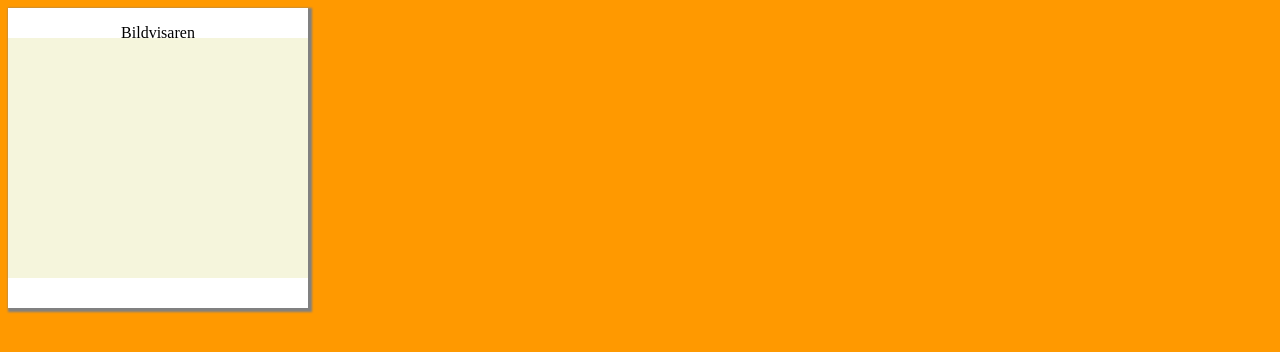
Repository: mi222ep/1dv403-laborationer
Page: 5-projektet/index.html
The author's editor kept a record of every edit. The page is drawn from the files as they stood at one moment, then again after the next edit.
The browser window is 1280 px wide. The pictures show the whole page.
The page's requests for data from a server got no answer.

Above is the page before.

### 5-projektet/index.html
<!DOCTYPE html>
<html lang="sv">
<head>
	<meta charset="UTF-8" />
 	<title>Labb 5</title>
 	<link rel="stylesheet" href="css/style.css" type="text/css" />
    <script type="text/javascript" src="script/myWindow.js"></script>
    <script type="text/javascript" src="script/imageviewer.js"></script>
</head>
<body>
    <div id="pageContent">

    </div>
</body>
</html>

### 5-projektet/css/style.css
body{
    background-color: #FF9900;
    font-family: comic sans MS;
    text-align: center;
    }

h1{
     color: #097054;
     font-size: 3em;
     text-shadow: 2px 2px gray;
}
h1, h2, h3{

    text-align: center;
}
input{
    background-color: #097054;
    color: white;
    font: bold 11px comic sans MS;
    cursor: pointer;
    border-radius: 4px;

}
td{
    padding: 5px;
}
#wrapper{
    width: 1000px;
    height: 500px;
    margin: 0 auto;
}
#question{
    padding: 20px;
    border: 2px dotted;

}
#restart{
    margin-top: 10px;
    float: right;
    background-color: gray;
}

#dragme{
position:absolute;
display:none;
height:100px;
width:100px;
background-color:#eee;
border:1px solid black;
border-radius:15px;
text-align:center;
}

.thumbImg{
    float: left;
    border: 2px solid black;
    background: white;
}
.myWindow{
    width: 300px;
    height: 300px;
    background-color: beige;
    position: relative;
    box-shadow: 2px 2px 2px 2px gray;
}
.topBar{
    background-color: white;
    width: 100%;
    position: absolute;
    top: 0;
    height: 30px;
    float: left;
}
.content{
    width: 100%;
    position: absolute;
    overflow-y: scroll;
    top:  30px;
    bottom: 30px;
    float: left;
}
.bottomBar{
    background-color: white;
    width: 100%;
    position: absolute;
    bottom: 0;
    float: left;
    height: 30px;
}

### 5-projektet/script/myWindow.js
console.log("ok");
var myWindow = {
    init: function(typeOfWindow, name, ID){

        var div  = document.createElement("div");
        var content = document.createElement("div");
        var topBar = document.createElement("div");
        var bottomBar = document.createElement("div");
        var topText = document.createElement("p");


        div.setAttribute("class", "myWindow");
        content.setAttribute("id", typeOfWindow + ID);
        content.setAttribute("class", "content");
        topBar.setAttribute("class", "topBar");
        bottomBar.setAttribute("class", "bottomBar");
        topBar.appendChild(topText);
        topText.innerHTML = name;
        div.appendChild(topBar);
        div.appendChild(content);
        div.appendChild(bottomBar);
        var page = document.getElementById("pageContent");
        page.appendChild(div);

        renderImageViewer();


    }
};

window.onload = function(){ myWindow.init("imageviewer", "Bildvisaren", 1)};

### 5-projektet/script/imageviewer.js
var width = 0;
var height = 0;

function renderImageViewer(){

    var image = new XMLHttpRequest();

    image.onreadystatechange = function(){
        if(image.readyState === 4 && image.status === 200){

         var imageInfo = JSON.parse(image.responseText);
         console.log(imageInfo);
         var arrLength  = imageInfo.length;
         for(var i = 0; i< arrLength; i+=1){
             console.log(imageInfo[i].URL);
             getMaxWidthAndLength(imageInfo[i].thumbWidth, imageInfo[i].thumbHeight);
             renderImage(imageInfo[i]);
         }
         console.log(width);
         console.log(height);
        }
    };

    image.open("GET", "http://homepage.lnu.se/staff/tstjo/labbyServer/imgviewer/", true);
    image.send(null);

}
function getMaxWidthAndLength(picWidth, picHeight){
    if(picWidth>width){
        width = picWidth;
    }
    if(picHeight>height){
        height = picHeight;
    }

}
function renderImage(imgObject){
    var a = document.createElement("a");
    var frame = document.createElement("div");
    var img = document.createElement("img");
    img.setAttribute("src", imgObject.thumbURL);
    frame.style.width = width+'px';
    frame.style.height = height+'px';

    frame.setAttribute("class",  "thumbImg");
    a.setAttribute("href", "#");
    a.appendChild(frame);

    a.addEventListener("click", function() {clickingA(imgObject.URL)});

    frame.appendChild(img);

    var imageSpace = document.getElementById("imageviewer1");
    imageSpace.appendChild(a);

}
function clickingA(imgURL){
    document.body.style.background = 'url(\"'+imgURL+'\")';
}
//window.onload = renderImageViewer();

After the next edit:
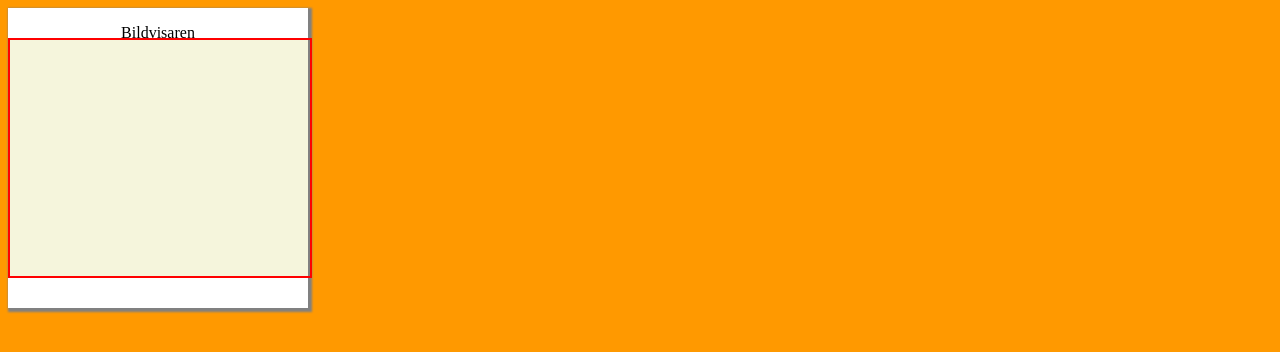
The edit:
--- a/5-projektet/css/style.css
+++ b/5-projektet/css/style.css
@@ -78,6 +78,7 @@
     top:  30px;
     bottom: 30px;
     float: left;
+    border: 2px solid red;
 }
 .bottomBar{
     background-color: white;
